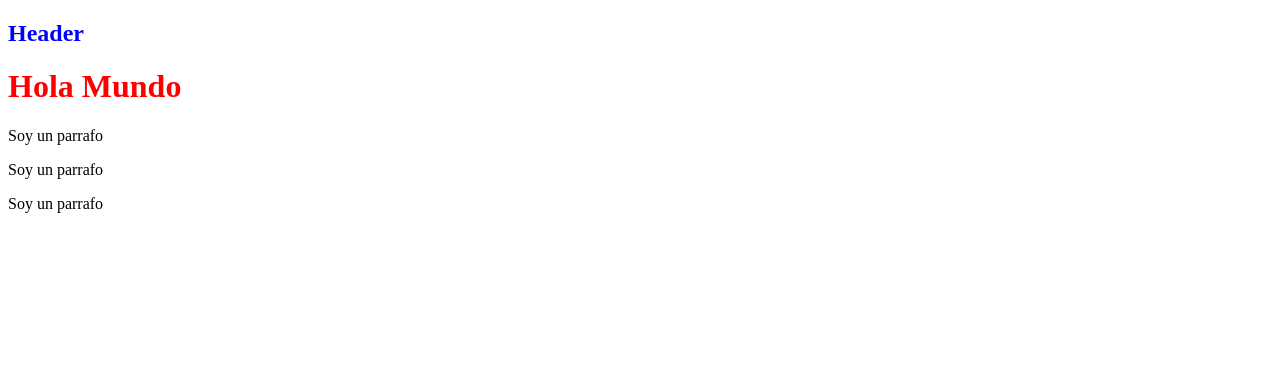
Repository: Klauditha/desafio_modulo_react
Page: / (app in 01_Introduccion/ClasePrincipal/)
The author's editor kept a copy of each file at every save. The page is drawn from the files as they stood at one save, then again after the next save.
The browser window is 1280 px wide. The pictures show the whole page.
The project was rebuilt for these pictures with package versions that can differ from the ones it lists, and the page was loaded fresh each time. Also part of the build but not shown: 01_Introduccion/ClasePrincipal/vite.config.js, 01_Introduccion/ClasePrincipal/src/index.css.

Above is the page before, as saved 2023-09-07 23:21:55.

### 01_Introduccion/ClasePrincipal/src/App.jsx
import './App.css'
import Header from './component/Header'

const App = () => {
  return (
    //Uso de Fragment <>
    <>
    <Header/>
      <h1>Hola Mundo</h1>
      <p>Soy un parrafo</p>
      <p>Soy un parrafo</p>
      <p>Soy un parrafo</p>
    </>
  );
};

export default App;

### 01_Introduccion/ClasePrincipal/src/App.css
h1{
  color:red;
}

h2{
  color:blue
}

### 01_Introduccion/ClasePrincipal/src/component/Header.jsx
const Header = () => {
  return (
    <>
      <h2>Header</h2>
    </>
  );
};

export default Header;

Loaded but not shown: 01_Introduccion/ClasePrincipal/index.html (common file); 01_Introduccion/ClasePrincipal/src/main.jsx (common file)

After the next save:
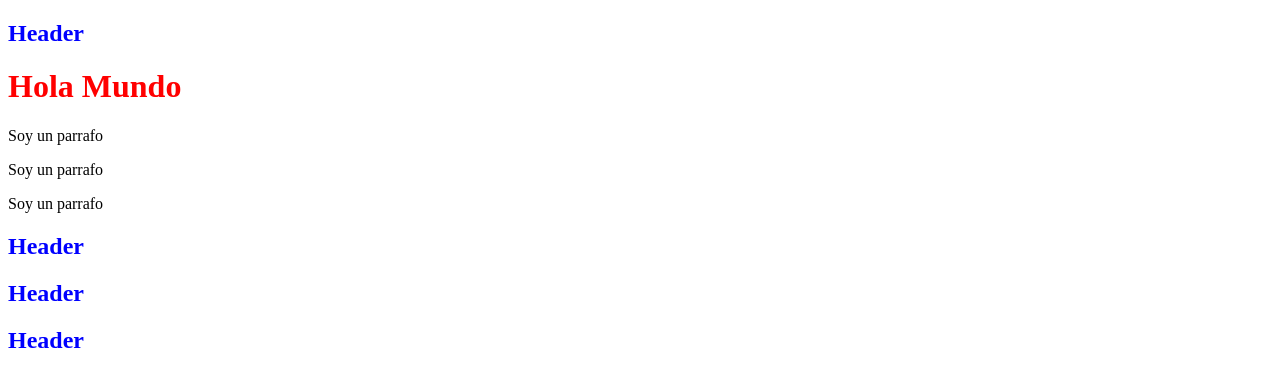
Saved 16 s later.
--- a/01_Introduccion/ClasePrincipal/src/App.jsx
+++ b/01_Introduccion/ClasePrincipal/src/App.jsx
@@ -1,15 +1,18 @@
-import './App.css'
-import Header from './component/Header'
+import "./App.css";
+import Header from "./component/Header";
 
 const App = () => {
   return (
     //Uso de Fragment <>
     <>
-    <Header/>
+      <Header />
       <h1>Hola Mundo</h1>
       <p>Soy un parrafo</p>
       <p>Soy un parrafo</p>
       <p>Soy un parrafo</p>
+      <Header />
+      <Header />
+      <Header />
     </>
   );
 };
